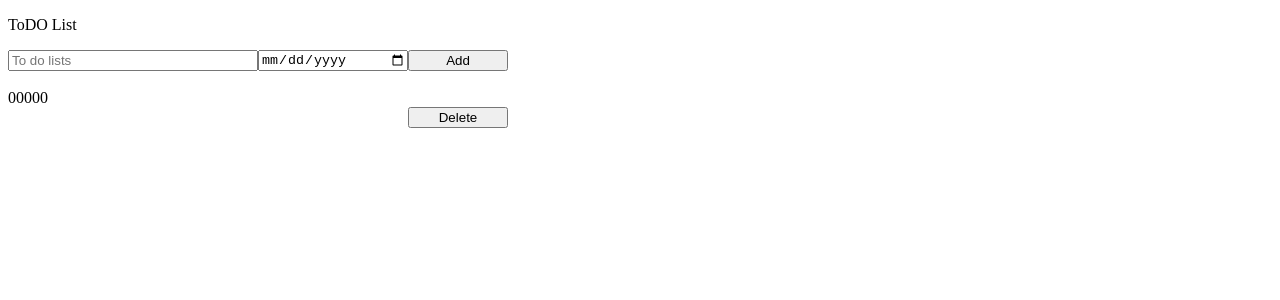
Repository: pgyunknown/ToDo-List
Page: index.html
These files come from the project's save history. The page is drawn as it stood at one moment and after the next save; the edit follows.
The browser window is 1280 px wide. The pictures show the whole page.

Above is the page before, as saved 2024-08-29 19:53:34.

### index.html
<!DOCTYPE html>
<html lang="en">
<head>
  <meta charset="UTF-8">
  <meta name="viewport" content="width=device-width, initial-scale=1.0">
  <link rel="stylesheet" href="index.css">
  <title>Document</title>
</head>
<body>
    <p>ToDO List</p>
  <div class="grid-body">
  <input placeholder="To do lists" class="js-name-input"><input type="date" class="js-date-b"><button onclick="addWork();">Add</button><br>
    </div>00000
  <div class="js-todo-list todo-grid">text</div>

  <script src="index.js"></script>
</body>
</html>

### index.css
.todo-grid{
  display: grid;
  grid-template-columns: 250px 150px 100px;
}

.grid-body{
  display: grid;
  grid-template-columns: 250px 150px 100px;
}

### index.js
const todoList=[{
  name:'',duedate:''
}
];

eventList();
function eventList(){
  let todoListHTML=' ';
  for(i=0;i<todoList.length;i++){
    const todoObj=todoList[i];
    const {name}=todoObj;
    const {duedate}=todoObj;
    const html=`
    <div >${name}</div>
    <div >${duedate}</div>
    <button onclick="todoList.splice(${i},1);
    eventList();">Delete</button>
    `;
    todoListHTML+=html;
}
console.log(todoListHTML) ;
document.querySelector('.js-todo-list').innerHTML=todoListHTML;
}
function addWork(){
  const inputElement=document.querySelector('.js-name-input');
  const name=inputElement.value;

  const dateinputElement=document.querySelector('.js-date-b');
  const duedate=dateinputElement.value;

  todoList.push({
    name:name,
    duedate:duedate
  });

  inputElement.value='';
  // console.log(todoList);
  eventList();
}

After the next save:
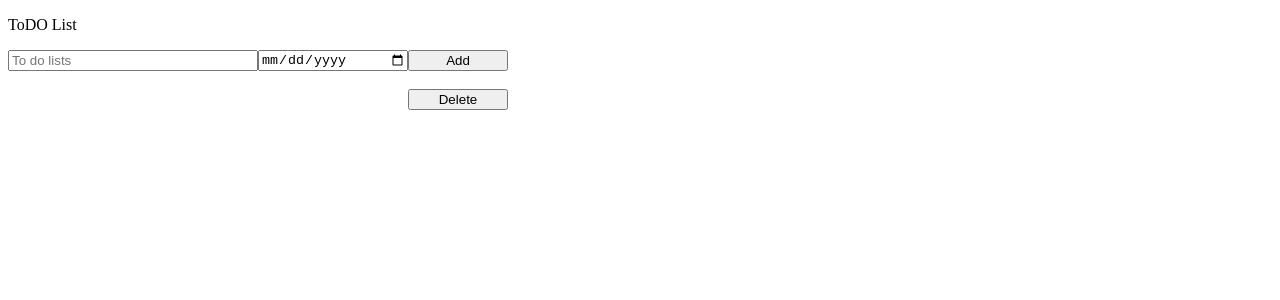
Saved 50 min 29 s later.
--- a/index.html
+++ b/index.html
@@ -10,7 +10,7 @@
     <p>ToDO List</p>
   <div class="grid-body">
   <input placeholder="To do lists" class="js-name-input"><input type="date" class="js-date-b"><button onclick="addWork();">Add</button><br>
-    </div>00000
+    </div>
   <div class="js-todo-list todo-grid">text</div>
 
   <script src="index.js"></script>
